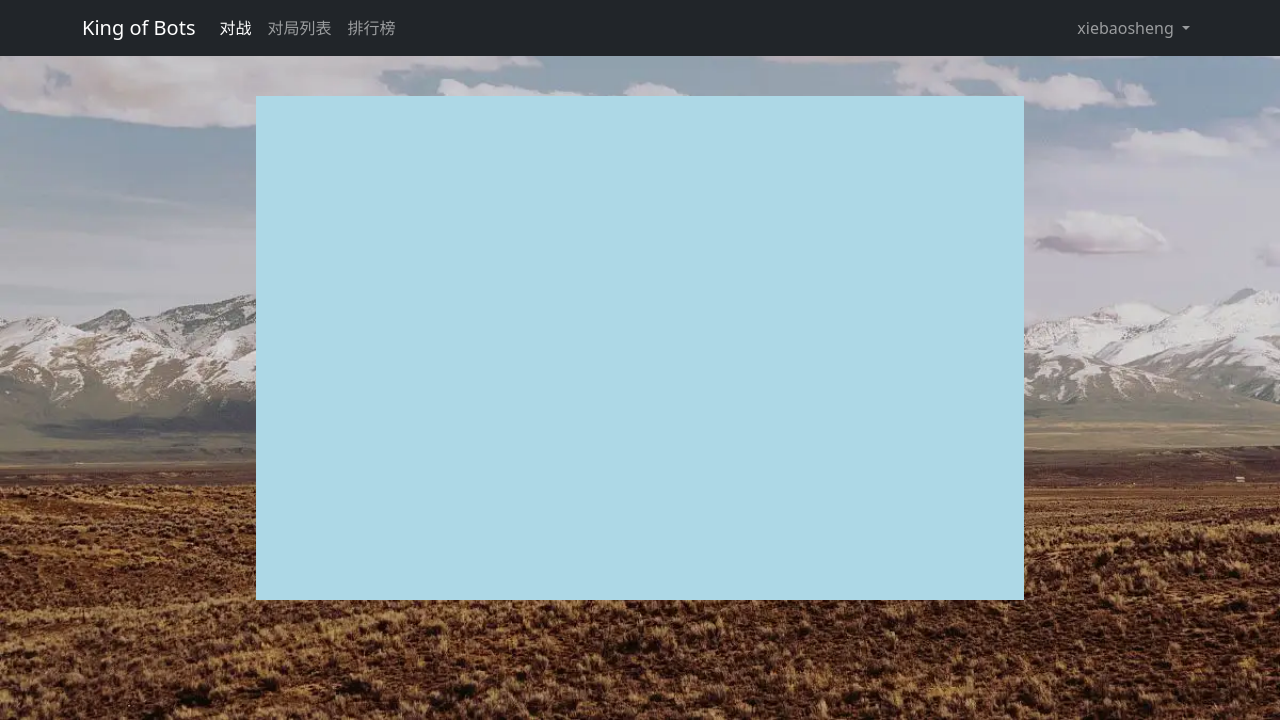
Repository: XieBaosheng/kob
Page: / (app in web/)
These files come from the project's save history. The page is drawn as it stood at one moment and after the next save; the edit follows.
The browser window is 1280 px wide. The pictures show the whole page.
The project was rebuilt for these pictures with package versions that can differ from the ones it lists, and the page was loaded fresh each time. Also part of the build but not shown: web/vue.config.js, web/src/components/ContentField.vue, web/src/views/record/RecordIndexView.vue, web/src/views/ranklist/RanklistIndexView.vue, web/src/views/user/bot/UserBotIndexView.vue, web/src/views/error/NotFound.vue.

Above is the page before, as saved 2024-05-29 20:40:12.

After the next save:
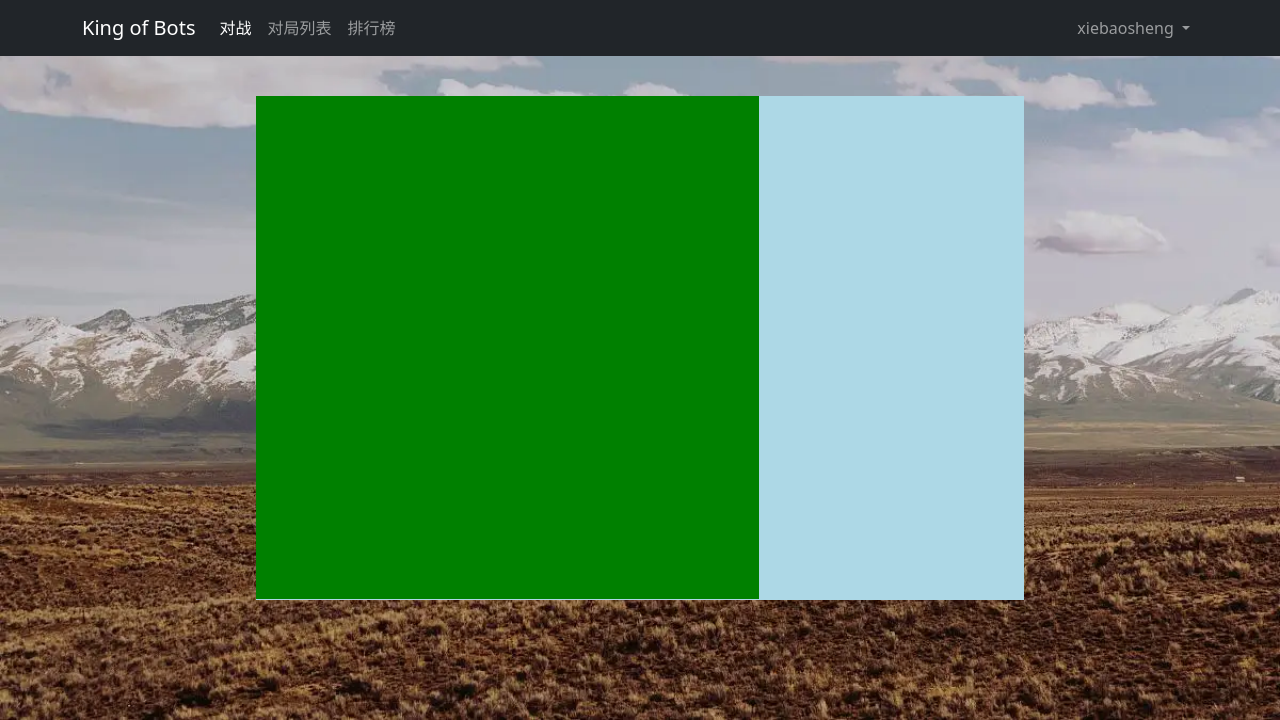
Saved 16 min 25 s later.
--- a/web/src/assets/scripts/GameMap.js
+++ b/web/src/assets/scripts/GameMap.js
@@ -7,17 +7,29 @@ export class GameMap extends AcGameObject {
         this.ctx = ctx;
         this.parent = parent;
         this.L = 0;
+
+        this.rows = 13;
+        this.cols = 13;
     }
 
     start() {
 
     }
 
+    updata_size() {
+        this.L = Math.min(this.parent.clientWidth / this.cols, this.parent.clientHeight / this.rows);
+        this.ctx.canvas.width = this.L * this.cols;
+        this.ctx.canvas.height = this.L * this.rows;
+    }
+
     update() {
+        this.updata_size();
         this.render();
     }
 
     render() {
+        this.ctx.fillStyle = 'green';
+        this.ctx.fillRect(0, 0, this.ctx.canvas.width, this.ctx.canvas.height);
 
     }
 }
